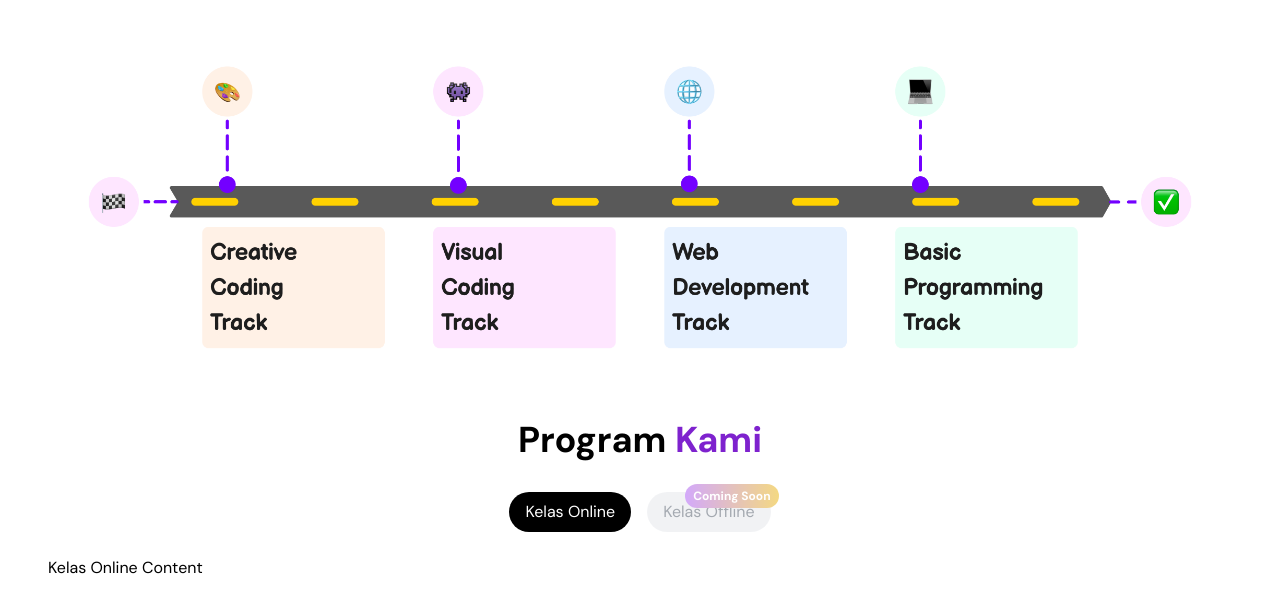
Repository: paskasiregar/ttccomweb
Page: /track/basic-programming
The author's editor kept a copy of each file at every save. The page is drawn from the files as they stood at one save, then again after the next save.
The browser window is 1280 px wide. The pictures show the part of the page from y = 1695 to 2647 px (the page is 2307 px tall before and 2647 px after).
The project was rebuilt for these pictures with package versions that can differ from the ones it lists, and the page was loaded fresh each time. The framework's server and built-in components were replaced by stand-ins that run in the browser. Also part of the build but not shown: next.config.js, next.config.mjs.

Above is the page before, as saved 2024-11-16 23:23:37.

### src/app/layout.js
import "./globals.css";
import { DM_Sans } from "next/font/google";

const dmSans = DM_Sans({
  subsets: ["latin"],
  weight: ["400", "500", "700"], // Include only the weights you need
  variable: "--font-dm-sans", // Optional: CSS variable for global use
});

export const metadata = {
  title: "Tiny Tech Club",
  description: "Small techies, big dreams 🚀",
};

export default function RootLayout({ children }) {
  return (
    <html lang="en" className={dmSans.variable}>
      <body className="antialiased">{children}</body>
    </html>
  );
}

### src/app/template.js
import React from "react";

export default function TrackTemplate({ title, description, children }) {
  return (
    <div>
      {/* Hero Section */}
      <div className="relative h-screen w-full">
        <img
          src="https://images.unsplash.com/photo-1494783367193-149034c05e8f"
          alt="Background"
          className="absolute inset-0 w-full h-full object-cover filter blur-sm"
        />
        <div className="absolute inset-0 bg-black bg-opacity-50"></div>
        <div className="absolute inset-0 flex flex-col items-center justify-center">
          <h1 className="text-4xl text-white font-bold">{title}</h1>
          <p className="text-xl text-white mt-4">{description}</p>
        </div>
      </div>

      {/* Content Section */}
      <div className="max-w-7xl mx-auto px-4 py-8">{children}</div>
    </div>
  );
}

### src/app/track/[track]/page.js
"use client";
import { useParams } from "next/navigation";
import TrackTemplate from "../[track]";
import Image from "next/image";
import ljImage from "@/assets/lj.png";
import ProgramTabs from "@/components/programTabs";

export default function TrackPage() {
  const { track } = useParams();

  const trackDetails = {
    "creative-coding": {
      title: "Creative Coding Track",
      description:
        "Kenalkan coding ke anak-anak dengan aktivitas seru dan edukatif. Cocok banget buat usia 4-5 tahun untuk membangun kemampuan berpikir logis.",
      backgroundImage:
        "https://images.unsplash.com/photo-1544717305-2782549b5136", // Replace with a relevant Creative Coding image
    },
    "visual-coding": {
      title: "Visual Coding Track",
      description:
        "Belajar konsep pemrograman visual pakai ScratchJr. Cocok buat anak usia 6-7 tahun untuk bikin cerita dan proyek seru sambil belajar coding dasar.",
      backgroundImage:
        "https://images.unsplash.com/photo-1573164574393-b9b12c3ff9c6", // Replace with a relevant Visual Coding image
    },
    "web-development": {
      title: "Web Development Track",
      description:
        "Pelajari dasar-dasar pengembangan web pakai HTML, CSS, dan JavaScript. Cocok untuk anak usia 8-12 tahun yang mau bikin proyek mini web seru.",
      backgroundImage:
        "https://images.unsplash.com/photo-1522071820081-009f0129c71c", // Replace with a relevant Web Development image
    },
    "basic-programming": {
      title: "Basic Programming Track",
      description:
        "Belajar konsep pemrograman inti pakai Python dan JavaScript. Dirancang untuk usia 13-16 tahun yang pengen bikin aplikasi nyata dan mengasah kemampuan problem-solving.",
      backgroundImage:
        "https://images.unsplash.com/photo-1517433456452-f9633a875f6f", // Replace with a relevant Basic Programming image
    },
    // Add more tracks as needed
  };

  const trackData = trackDetails[track] || {
    title: "Track Tidak Ditemukan",
    description: "Track yang kamu cari nggak ada nih.",
    backgroundImage:
      "https://images.unsplash.com/photo-1506748686214-e9df14d4d9d0", // Default image for not found
  };

  return (
    <div className="mx-auto">
      {/* Back Button */}
      <div className="my-4 px-4 sm:px-8">
        <button
          className="secondary-button"
          onClick={() => (window.location.href = "/")}
        >
          &lt; Kembali
        </button>
      </div>

      {/* Track Template */}
      <section>
        <TrackTemplate
          title={trackData.title}
          description={trackData.description}
          backgroundImage={trackData.backgroundImage}
        />

        {/* Learning Journey Section */}
        <section className="w-full my-8 px-4 sm:px-8 max-w-container py-20">
          <div>
            <div className="flex flex-col md:flex-row items-center md:items-start md:justify-between">
              {/* Title */}
              <div className="max-w-lg md:w-1/2">
                <h1 className="text-6xl md:text-6xl font-bold mb-8">
                  Learning <span className="text-purple-700">Journey</span>
                </h1>
              </div>

              {/* Description */}
              <div className="mt-6 md:mt-0 md:w-1/2 mb-8">
                <p className="text-gray-600 text-base md:text-md">
                  Yuk, mulai perjalanan belajar yang seru dan inspiratif buat
                  anak-anak! Kami hadir untuk membantu anak-anak mengembangkan
                  kreativitas, berpikir logis, dan percaya diri. Dengan berbagai
                  track yang disesuaikan untuk setiap usia, pengalaman belajar
                  jadi menyenangkan dan berkesan.
                </p>
              </div>
            </div>

            {/* Image */}
            <div className="mt-6 md:mt-0 mb-8">
              <Image
                src={ljImage}
                alt="Perjalanan Belajar"
                width={1440} // Adjust width as needed
                height={1000} // Adjust height as needed
                className="rounded-lg"
              />
            </div>
          </div>
        </section>

        {/* Our Program Section */}
        <section className="w-full my-8 px-4 sm:px-8 max-w-container mb-8">
          <h2 className="text-center text-4xl font-bold mb-8">
            Program <span className="text-purple-700">Kami</span>
          </h2>
          <ProgramTabs />
        </section>
      </section>
    </div>
  );
}

### src/app/globals.css
@tailwind base;
@tailwind components;
@tailwind utilities;

@import url('https://fonts.googleapis.com/css2?family=DM+Sans:wght@400;500;700&display=swap');

:root {
  --font-dm-sans: "DM Sans", sans-serif;
}

@font-face {
  font-family: 'DM Sans';
  src: url('/fonts/DM-Sans.woff2') format('woff2'),
    url('/fonts/DM-Sans.woff') format('woff');
  font-weight: 400;
  font-style: normal;
}

body {
  font-family: 'DM Sans', sans-serif;
}

.dm-sans-custom {
  font-family: "DM Sans", sans-serif;
  font-optical-sizing: auto;
  font-weight: 400;
  font-style: normal;
}

body {
  font-family: 'DM Sans', Arial, Helvetica, sans-serif;
  margin: 0;
  padding: 0;
  box-sizing: border-box;
}

*,
*::before,
*::after {
  box-sizing: inherit;
}

/* Container class for centering content */
.max-w-container {
  max-width: 1440px;
  margin: 0 auto;
  padding: 0 16px;
  /* Optional padding for spacing on smaller screens */
}

### src/app/track/[track].js
import React from "react";

export default function TrackTemplate({ title, description, children }) {
  return (
    <div>
      {/* Hero Section */}
      <div className="relative h-screen w-full">
        <img
          src="https://images.unsplash.com/photo-1494783367193-149034c05e8f"
          alt="Background"
          className="absolute inset-0 w-full h-full object-cover filter blur-sm"
        />
        <div className="absolute inset-0 bg-black bg-opacity-50"></div>
        <div className="absolute inset-0 flex flex-col items-center justify-center">
          <h1 className="text-6xl text-white font-bold p-8">{title}</h1>
          <p className="text-xl text-white mt-4 p-8">{description}</p>
        </div>
      </div>

      {/* Content Section */}
      <div className="max-w-7xl mx-auto px-4 py-8">{children}</div>
    </div>
  );
}

### src/components/programTabs.jsx
import React, { useState } from "react";

function ProgramTabs() {
  const [activeTab, setActiveTab] = useState("online");

  const tabs = [
    { id: "online", label: "Kelas Online", disabled: false },
    { id: "offline", label: "Kelas Offline", disabled: true },
  ];

  const handleTabClick = (tabId, disabled) => {
    if (!disabled) {
      setActiveTab(tabId);
    }
  };

  return (
    <div className="w-full">
      {/* Tabs */}
      <div className="flex justify-center space-x-4 mb-6">
        {tabs.map((tab) => (
          <button
            key={tab.id}
            className={`relative py-2 px-4 rounded-full ${
              activeTab === tab.id
                ? "bg-black text-white"
                : "bg-gray-200 text-gray-600"
            } ${tab.disabled ? "opacity-50 cursor-not-allowed" : ""}`}
            onClick={() => handleTabClick(tab.id, tab.disabled)}
            disabled={tab.disabled}
          >
            {tab.label}
            {/* Show 'Coming Soon' chip on disabled tabs */}
            {tab.disabled && (
              <span className="absolute -top-2 -right-2 text-xs font-bold text-white px-2 py-1 rounded-full bg-gradient-to-r from-purple-500 to-yellow-500">
                Coming Soon
              </span>
            )}
          </button>
        ))}
      </div>

      {/* Tab Content */}
      <div>
        {activeTab === "online" && (
          <div>
            <p>Kelas Online Content</p>
          </div>
        )}
        {activeTab === "offline" && (
          <div>
            <p>Kelas Offline Content</p>
          </div>
        )}
      </div>
    </div>
  );
}

export default ProgramTabs;

### src/components/classType.jsx
import ClassCard from "./classCard";

export default function ClassType() {
  return (
    <div className="grid grid-cols-1 md:grid-cols-2 gap-4 px-4 sm:px-8 max-w-container">
      <ClassCard
        title="Games & Apps"
        duration="60 menit"
        sessions="20 sesi"
        description="Siswa akan belajar pemrograman melalui aktivitas fisik dan tugas-tugas manual, menggunakan metode pengajaran populer Computer Science Unplugged. Kursus ini mencakup empat modul: Pola, Kode, Algoritma, dan Komputer."
        tools="iPad / Tab"
      />
      <ClassCard
        title="Coding with Math"
        duration="60 menit"
        sessions="20 sesi"
        description="Siswa akan meningkatkan pemikiran logis melalui tantangan matematika dan gamifikasi, mempraktikkan bentuk, perkalian, perbandingan logika, dan berhitung. Mereka akan menggunakan konsep-konsep ini untuk membuat aplikasi sederhana, game 3D, dan memecahkan teka-teki."
        tools="iPad / Tab, Computer"
      />
    </div>
  );
}

### src/components/classCard.jsx
import React from "react";
import PropTypes from "prop-types";

function ClassCard({ title, duration, sessions, description, tools }) {
  return (
    <div className="bg-pink-50 rounded-xl shadow-md p-6">
      {/* Title */}
      <h3 className="text-xl font-bold text-purple-600 mb-2">{title}</h3>

      {/* Duration and Sessions */}
      <p className="text-gray-600 text-sm mb-4">
        {duration} / sesi • {sessions}
      </p>

      {/* Description */}
      <div className="bg-white rounded-lg p-4 mb-4 shadow-sm">
        <h4 className="text-purple-600 font-semibold mb-2">Tentang Kursus:</h4>
        <p className="text-gray-600 text-sm">{description}</p>
      </div>

      {/* Tools */}
      <div className="bg-white rounded-lg p-4 shadow-sm">
        <h4 className="text-purple-600 font-semibold mb-2">
          Tools yang Digunakan:
        </h4>
        <p className="text-gray-600 text-sm">{tools}</p>
      </div>
    </div>
  );
}

ClassCard.propTypes = {
  title: PropTypes.string.isRequired,
  duration: PropTypes.string.isRequired,
  sessions: PropTypes.string.isRequired,
  description: PropTypes.string.isRequired,
  tools: PropTypes.string.isRequired,
};

export default ClassCard;

Loaded but not shown: tailwind.config.js (common file)

After the next save:
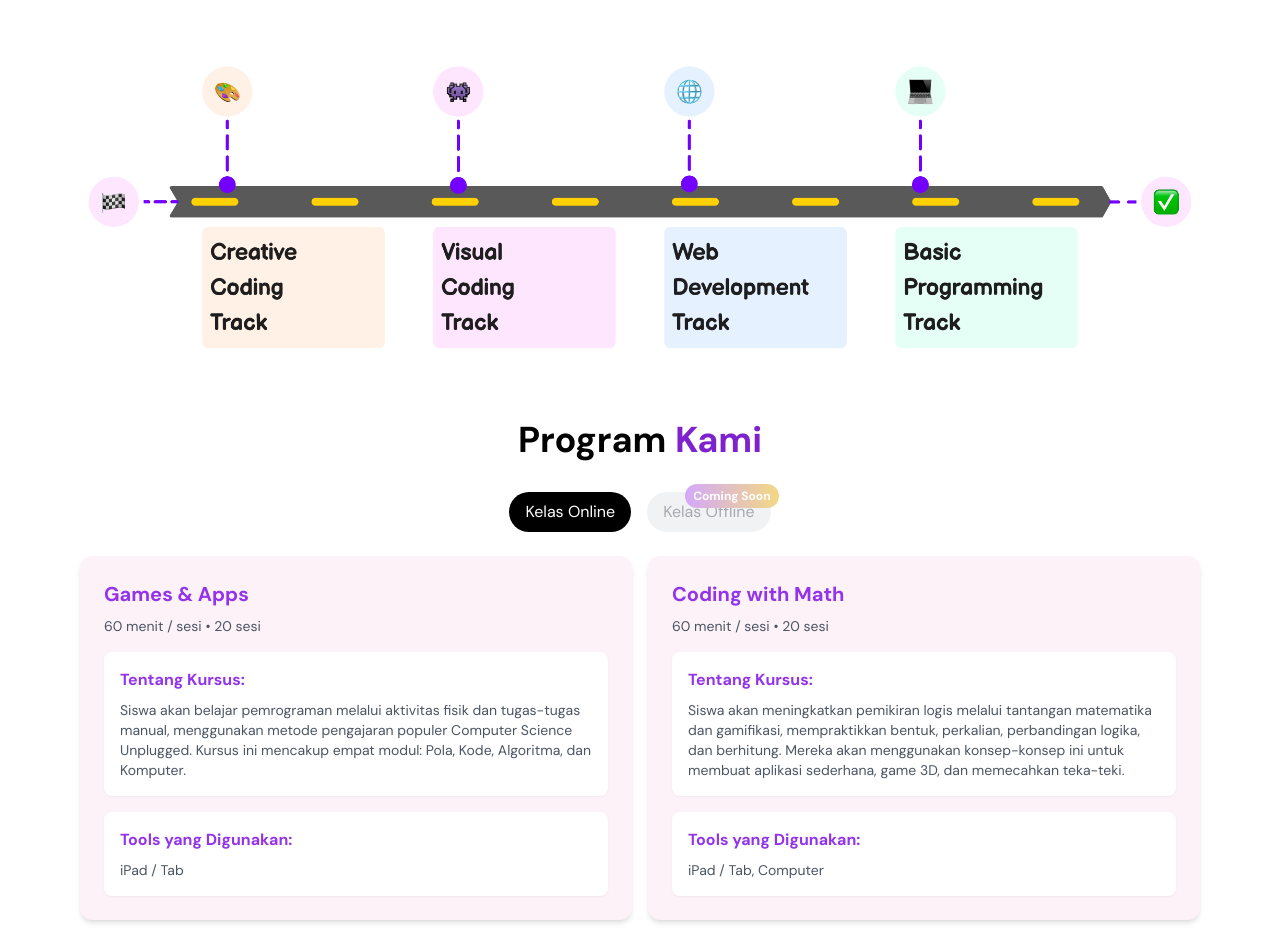
Saved 65 s later.
--- a/src/components/programTabs.jsx
+++ b/src/components/programTabs.jsx
@@ -1,4 +1,5 @@
 import React, { useState } from "react";
+import ClassType from "./classType"; // Import the cards component for online tab
 
 function ProgramTabs() {
   const [activeTab, setActiveTab] = useState("online");
@@ -44,12 +45,15 @@ function ProgramTabs() {
       <div>
         {activeTab === "online" && (
           <div>
-            <p>Kelas Online Content</p>
+            {/* Render the cards for the online tab */}
+            <ClassType />
           </div>
         )}
         {activeTab === "offline" && (
           <div>
-            <p>Kelas Offline Content</p>
+            <p className="text-center text-gray-600">
+              Konten untuk Kelas Offline sedang dalam pengembangan.
+            </p>
           </div>
         )}
       </div>
